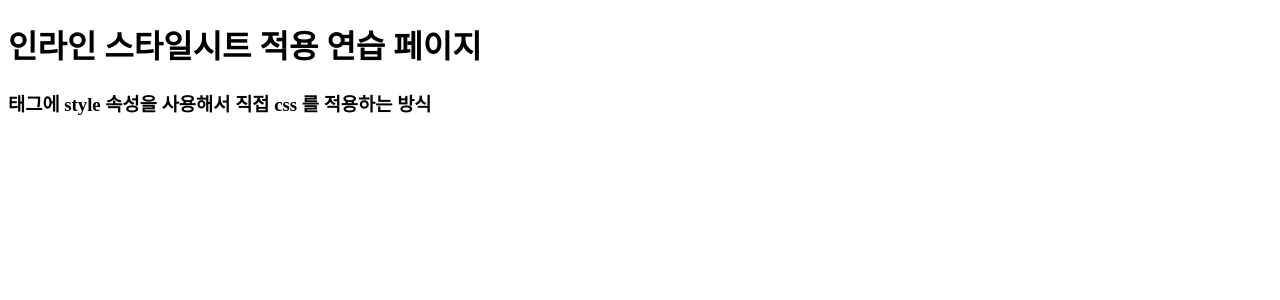
Repository: bianchi112/ict-data
Page: web_workspace/testCSSProject/src/main/webapp/views/test/inlineStyle.html
These files come from the project's save history. The page is drawn as it stood at one moment and after the next save; the edit follows.
The browser window is 1280 px wide. The pictures show the whole page.

Above is the page before, as saved 2024-09-02 01:48:30.

### web_workspace/testCSSProject/src/main/webapp/views/test/inlineStyle.html
<!DOCTYPE html>
<html lang="ko">
<head>
<meta charset="UTF-8">
<title>testc</title>
</head>
<body>
<header>
	<hgroup>
		<h1>인라인 스타일시트 적용 연습 페이지</h1>
		<h3>태그에 style 속성을 사용해서 직접 css 를 적용하는 방식</h3>
	</hgroup>
</header>
</body>
</html>

After the next save:
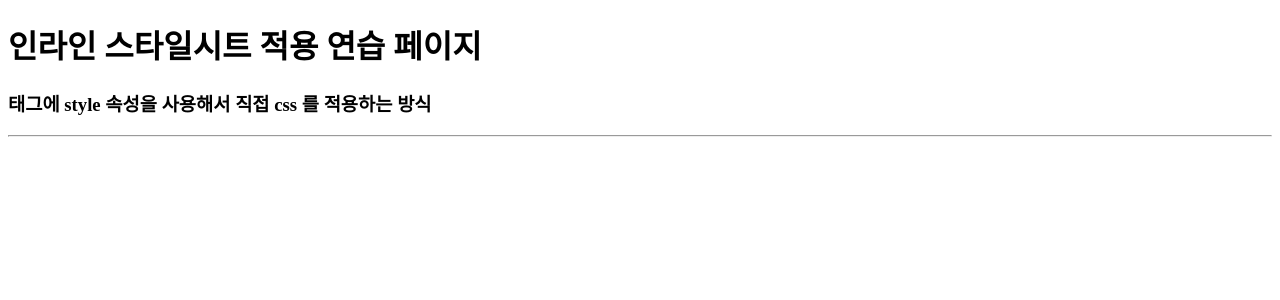
Saved 2 min 11 s later.
--- a/web_workspace/testCSSProject/src/main/webapp/views/test/inlineStyle.html
+++ b/web_workspace/testCSSProject/src/main/webapp/views/test/inlineStyle.html
@@ -11,5 +11,9 @@
 		<h3>태그에 style 속성을 사용해서 직접 css 를 적용하는 방식</h3>
 	</hgroup>
 </header>
+<hr>
+<section>
+
+</section>
 </body>
 </html>
